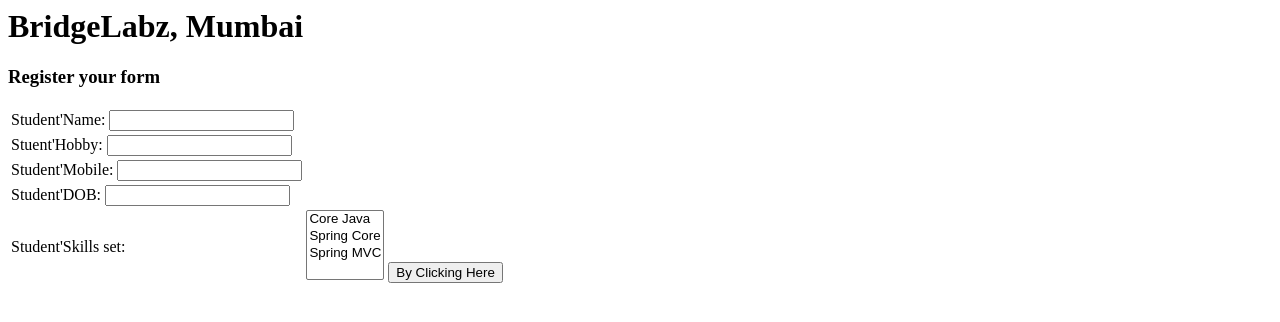
Repository: MFiroz303/Springs
Page: http://localhost/SampleApp/admissionform.html
The author's editor kept a copy of each file at every save. The page is drawn from the files as they stood at one save, then again after the next save.
The browser window is 1280 px wide. The pictures show the whole page.
The page is served by Tomcat 9. Other server files are loaded and not shown.

Above is the page before, as saved 2017-10-16 06:20:51.

### SampleApp/src/main/webapp/WEB-INF/admission.jsp
<html>
<body>
	<h1>${message}</h1>
	<h3>Register your form</h3>

	<form action="/SampleApp/studentAdmissionform.html" method="post">
		<table>
			<tr>
				<td>Student'Name:     <input type="text" name="studentName" /></td>
			</tr>
			<tr>
				<td>Stuent'Hobby:     <input type="text" name="studentHobby" /></td>
			</tr>
			<tr>
				<td>Student'Mobile:   <input type="text" name="studentMobile" /></td>
			</tr>
			<tr>
				<td>Student'DOB:      <input type="text" name="studentDOB" /></td>
			</tr>
			<td>Student'Skills set:</td>
			<td><select name="studentSkills" multiple>
					<option value="Core java">Core Java</option>
					<option value="Spring core">Spring Core</option>
					<option value="Spring MVc">Spring MVC</option>
			</select>
		    <input type="submit" value="By Clicking Here">

			</table>
	</form>

</body>
</html>

After the next save:
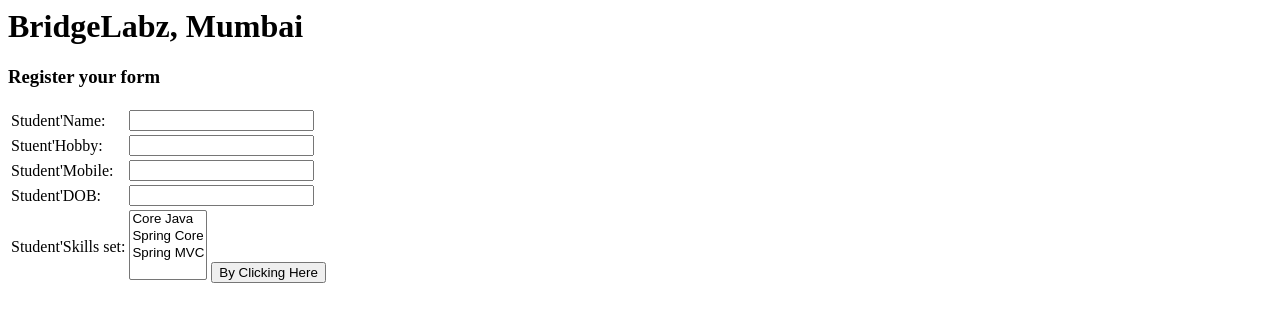
Saved 42 s later.
--- a/SampleApp/src/main/webapp/WEB-INF/admission.jsp
+++ b/SampleApp/src/main/webapp/WEB-INF/admission.jsp
@@ -6,16 +6,16 @@
 	<form action="/SampleApp/studentAdmissionform.html" method="post">
 		<table>
 			<tr>
-				<td>Student'Name:     <input type="text" name="studentName" /></td>
+				<td>Student'Name: </td>  <td><input type="text" name="studentName" /></td>
 			</tr>
 			<tr>
-				<td>Stuent'Hobby:     <input type="text" name="studentHobby" /></td>
+				<td>Stuent'Hobby:  </td>  <td>  <input type="text" name="studentHobby" /></td>
 			</tr>
 			<tr>
-				<td>Student'Mobile:   <input type="text" name="studentMobile" /></td>
+				<td>Student'Mobile: </td>  <td> <input type="text" name="studentMobile" /></td>
 			</tr>
 			<tr>
-				<td>Student'DOB:      <input type="text" name="studentDOB" /></td>
+				<td>Student'DOB: </td>  <td> <input type="text" name="studentDOB" /></td>
 			</tr>
 			<td>Student'Skills set:</td>
 			<td><select name="studentSkills" multiple>
